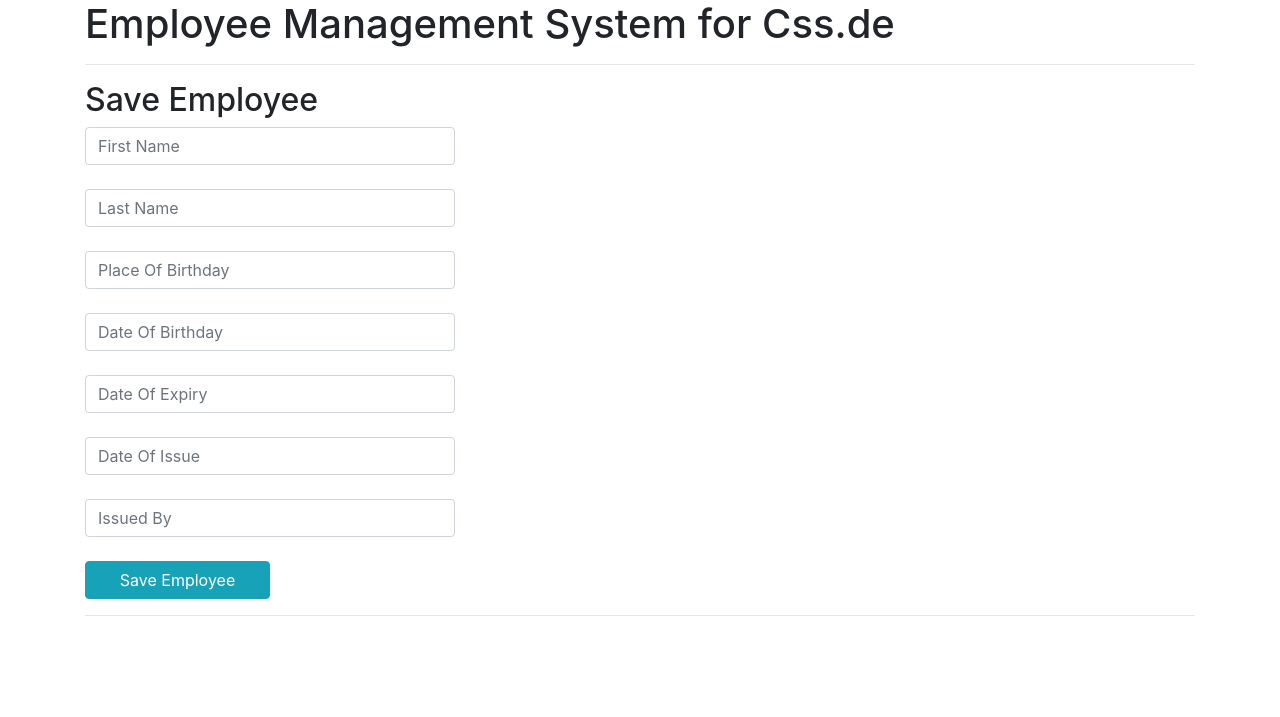
Repository: Len2/Topic4
Page: src/main/resources/templates/newIdCard.html
An editor plug-in stored every save of this project. The page is shown before and after the next save, followed by the edit.
The browser window is 1280 px wide. The pictures show the whole page.

Above is the page before, as saved 2020-09-06 17:49:48.

### src/main/resources/templates/newIdCard.html
<!DOCTYPE html>
<html lang="en" xmlns:th="http://www.thymeleaf.org">
<head>
<meta charset="ISO-8859-1">
<title>Employee Management System for Css.de</title>
<link rel="stylesheet"
	href="https://stackpath.bootstrapcdn.com/bootstrap/4.1.3/css/bootstrap.min.css"
	integrity="sha384-MCw98/SFnGE8fJT3GXwEOngsV7Zt27NXFoaoApmYm81iuXoPkFOJwJ8ERdknLPMO"
	crossorigin="anonymous">
</head>
<body>
	<div class="container">
		<h1>Employee Management System for Css.de</h1>
		<hr>
		<h2>Save Employee</h2>

		<form action="#" th:action="@{/saveIdCard}" th:object="${identity_card}"
            method="POST">

            <!-- <input type="text" th:field="*{id}" /> -->
			<input type="text" th:field="*{firstName}"
            placeholder="First Name" class="form-control mb-4 col-4">

            <input type="text" th:field="*{lastName}"
            placeholder="Last Name" class="form-control mb-4 col-4">

            <input type="text" th:field="*{placeOfBirthday}"
            placeholder="Place Of Birthday" class="form-control mb-4 col-4">

            <input type="datetime" th:field="*{dateOfBirthday}"
            placeholder="Date Of Birthday" class="form-control mb-4 col-4">

            <input type="datetime" th:field="*{dateOfExpiry}"
            placeholder="Date Of Expiry" class="form-control mb-4 col-4">

            <input type="datetime" th:field="*{dateOfIssue}"
            placeholder="Date Of Issue" class="form-control mb-4 col-4">

            <input type="text" th:field="*{issuedBy}"
            placeholder="Issued By" class="form-control mb-4 col-4">

				<button type="submit" class="btn btn-info col-2"> Save Employee</button>
		</form>

		<hr>

		<!-- <a th:href = "@{/}"> Back to Employee List</a> -->
	</div>
</body>
</html>

After the next save:
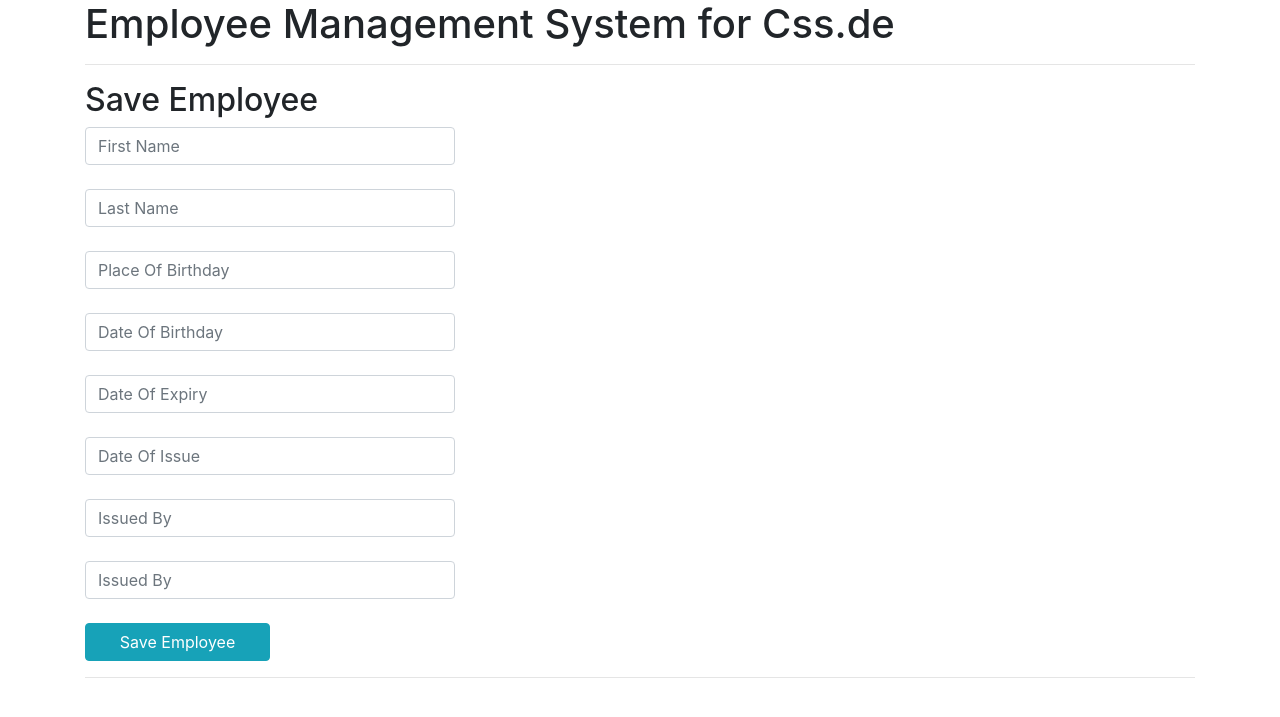
Saved 8 s later.
--- a/src/main/resources/templates/newIdCard.html
+++ b/src/main/resources/templates/newIdCard.html
@@ -39,6 +39,9 @@
             <input type="text" th:field="*{issuedBy}"
             placeholder="Issued By" class="form-control mb-4 col-4">
 
+            <input type="text" th:field="*{issuedBy}"
+            placeholder="Issued By" class="form-control mb-4 col-4">
+
 				<button type="submit" class="btn btn-info col-2"> Save Employee</button>
 		</form>
 
